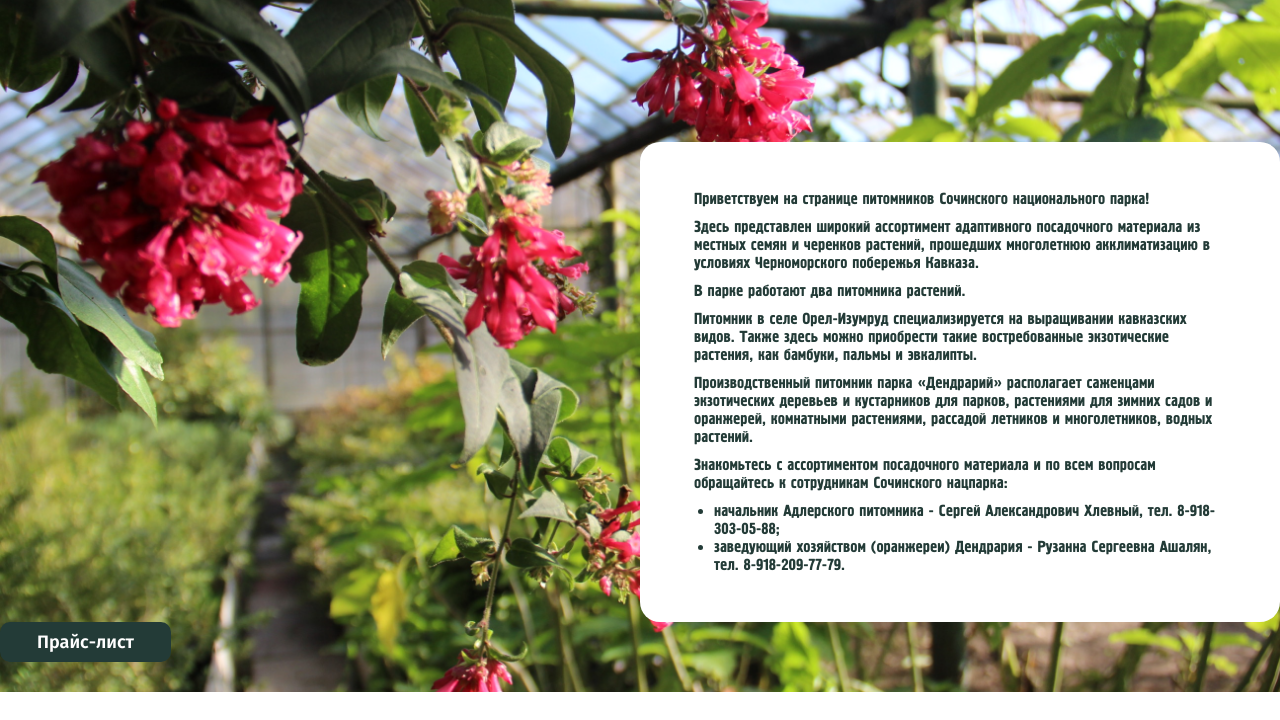
Repository: sem1103/np-sochi
Page: index.html
The author's editor kept a copy of each file at every save. The page is drawn from the files as they stood at one save, then again after the next save.
The browser window is 1280 px wide. The pictures show the whole page.

Above is the page before, as saved 2024-01-17 19:58:41.

After the next save:
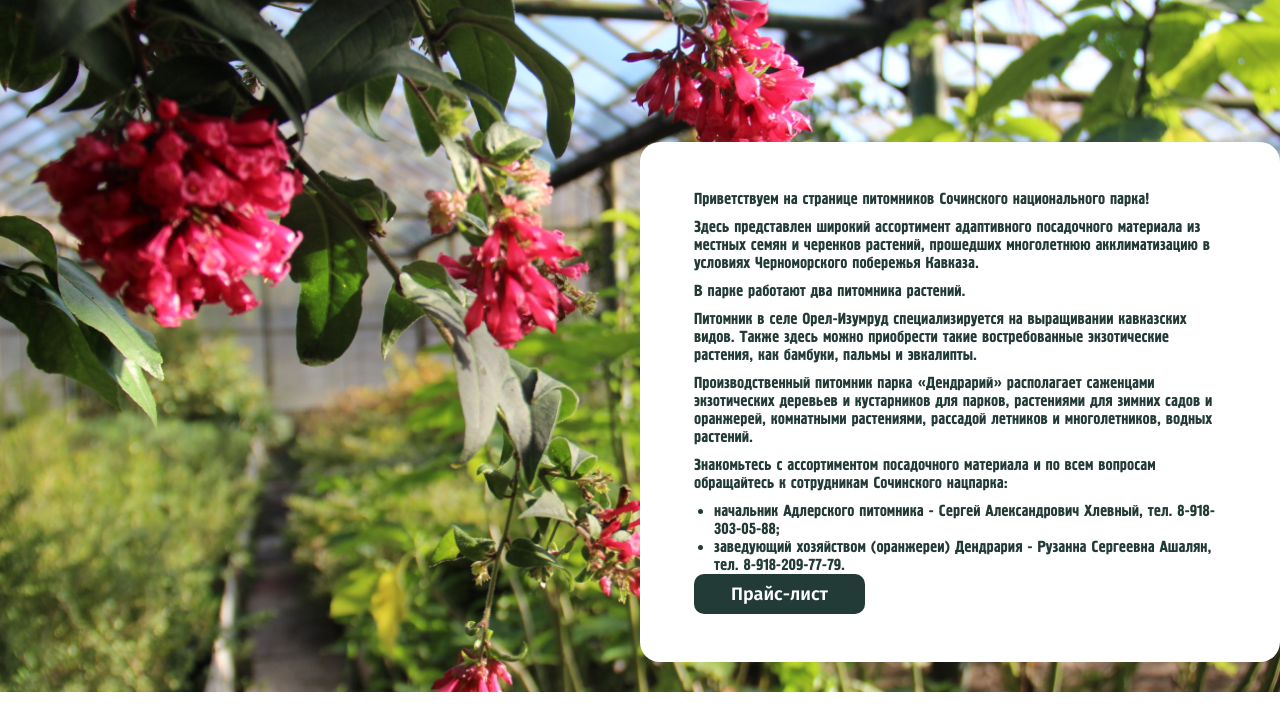
Saved 23 s later.
--- a/index.html
+++ b/index.html
@@ -37,8 +37,9 @@
                         <li>начальник Адлерского питомника - Сергей Александрович Хлевный, тел. <a href="tel:+79183030588">8-918-303-05-88</a>;</li>
                         <li>заведующий хозяйством (оранжереи) Дендрария - Рузанна Сергеевна Ашалян, тел. 8-918-209-77-79.</li>
                     </ul>
+                    <button class="price__list">Прайс-лист</button>
+
                 </div>
-                <button class="price__list">Прайс-лист</button>
             </div>
         </main>
 

After the save that followed:
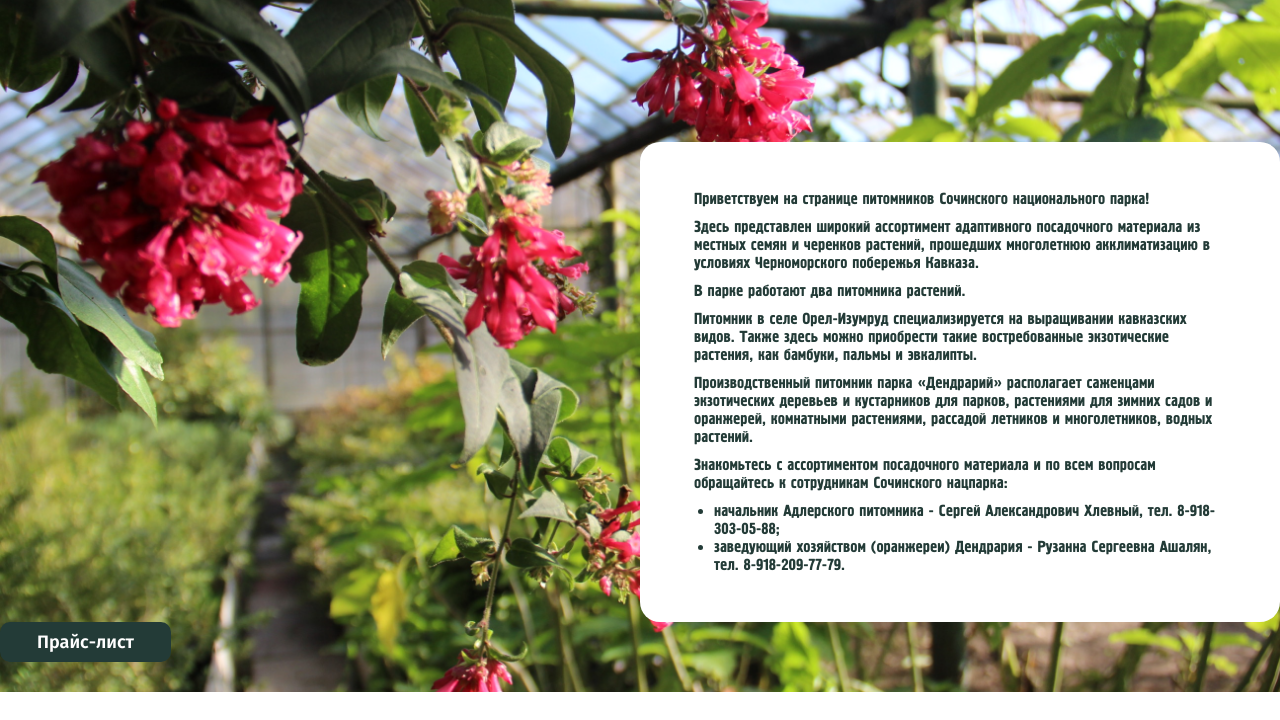
Saved 17 s later.
--- a/index.html
+++ b/index.html
@@ -37,9 +37,8 @@
                         <li>начальник Адлерского питомника - Сергей Александрович Хлевный, тел. <a href="tel:+79183030588">8-918-303-05-88</a>;</li>
                         <li>заведующий хозяйством (оранжереи) Дендрария - Рузанна Сергеевна Ашалян, тел. 8-918-209-77-79.</li>
                     </ul>
-                    <button class="price__list">Прайс-лист</button>
-
                 </div>
+                <button class="price__list">Прайс-лист</button>
             </div>
         </main>
 
